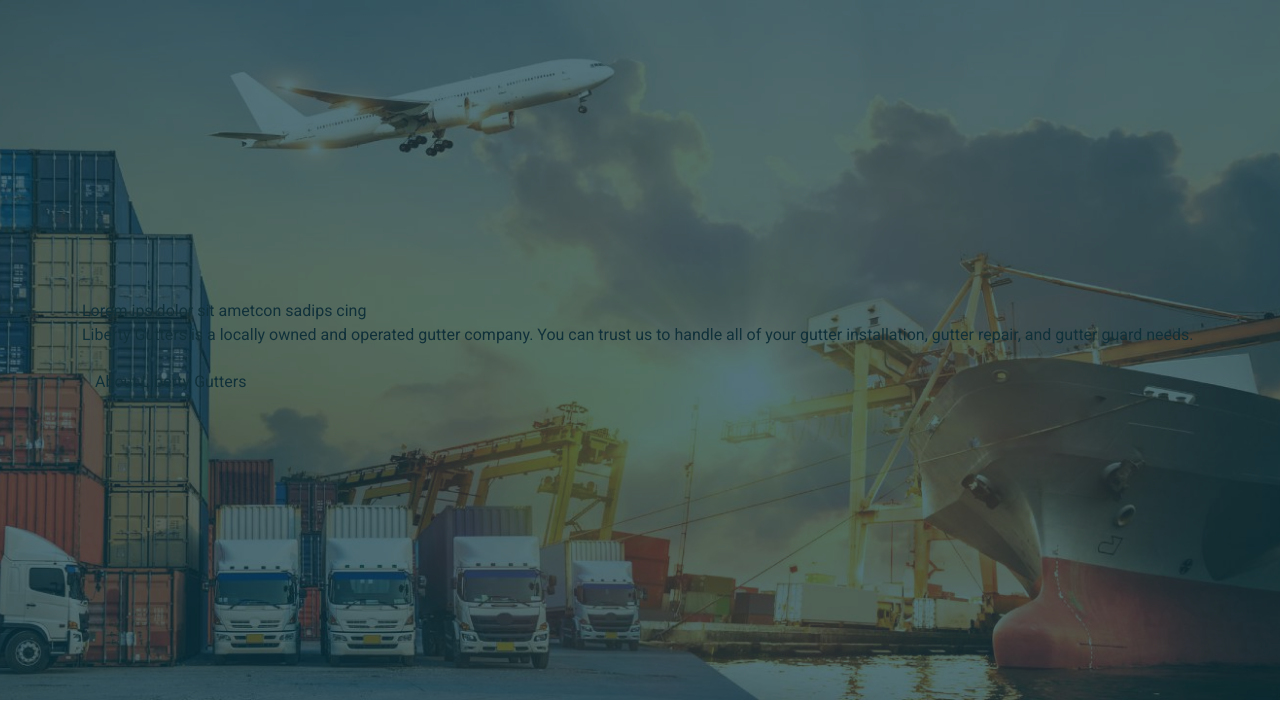
Repository: nazmulalok/shipping-template
Page: index.html
These files come from the project's save history. The page is drawn as it stood at one moment and after the next save; the edit follows.
The browser window is 1280 px wide. The pictures show the whole page.

Above is the page before, as saved 2022-10-03 00:55:31.

### index.html
<!DOCTYPE html>
<html lang="en">

    <head>
        <meta charset="UTF-8">
        <meta http-equiv="X-UA-Compatible" content="IE=edge">
        <meta name="viewport" content="width=device-width, initial-scale=1.0">
        <link rel="preconnect" href="https://fonts.googleapis.com">
        <link rel="preconnect" href="https://fonts.gstatic.com" crossorigin>
        <link
            href="https://fonts.googleapis.com/css2?family=Roboto:ital,wght@0,300;0,400;0,500;0,700;0,900;1,300;1,400;1,500;1,700;1,900&display=swap"
            rel="stylesheet">
        <link href="https://cdn.jsdelivr.net/npm/bootstrap@5.2.1/dist/css/bootstrap.min.css" rel="stylesheet"
            integrity="sha384-iYQeCzEYFbKjA/T2uDLTpkwGzCiq6soy8tYaI1GyVh/UjpbCx/TYkiZhlZB6+fzT" crossorigin="anonymous">
        <link rel="stylesheet" href="style.css">
        <title>Document</title>
    </head>

    <body>
        <!-- Slider -->
        <section>
            <div class="main-slider">
                <div class="container">
                    <div class="slide-content">
                        <div class="slide-text">
                            <div class="slider-title">Lorem ips
                                dolor sit ametcon
                                sadips cing</div>
                            <p>Liberty Gutters is a locally owned and operated gutter company. You can trust us to
                                handle all of your gutter installation, gutter repair, and gutter guard needs.</p>
                            <div class="sliderBtn"><a class="btn common-btn dark" href="/about-us">About Liberty
                                    Gutters<span></span></a></div>
                        </div>
                    </div>
                </div>
            </div>
        </section>












        <script src="https://cdn.jsdelivr.net/npm/@popperjs/core@2.11.6/dist/umd/popper.min.js"
            integrity="sha384-oBqDVmMz9ATKxIep9tiCxS/Z9fNfEXiDAYTujMAeBAsjFuCZSmKbSSUnQlmh/jp3"
            crossorigin="anonymous"></script>
        <script src="https://cdn.jsdelivr.net/npm/bootstrap@5.2.1/dist/js/bootstrap.min.js"
            integrity="sha384-7VPbUDkoPSGFnVtYi0QogXtr74QeVeeIs99Qfg5YCF+TidwNdjvaKZX19NZ/e6oz"
            crossorigin="anonymous"></script>
    </body>

</html>

### style.css
* {
    margin: 0;
    padding: 0;
}

:root {
    --main-color: #FF7D44;
    --secondary-color: #0B3742;
    --tertiary-color: #FFFFFF;
}

body {
    font-family: 'Roboto', sans-serif;
}

/* slider style starts */

.main-slider {
    background: url(images/shipping-banner.jpg);
    height: 700px;
    width: 100%;
    background-size: cover;
    background-repeat: no-repeat;
    background-position: center;
    position: relative;
    display: flex;
    align-items: center;
}

.main-slider:before {
    content: '';
    width: 100%;
    height: 100%;
    top: 0;
    left: 0;
    position: absolute;
    background-color: rgb(11 55 66 / 70%);
}

After the next save:
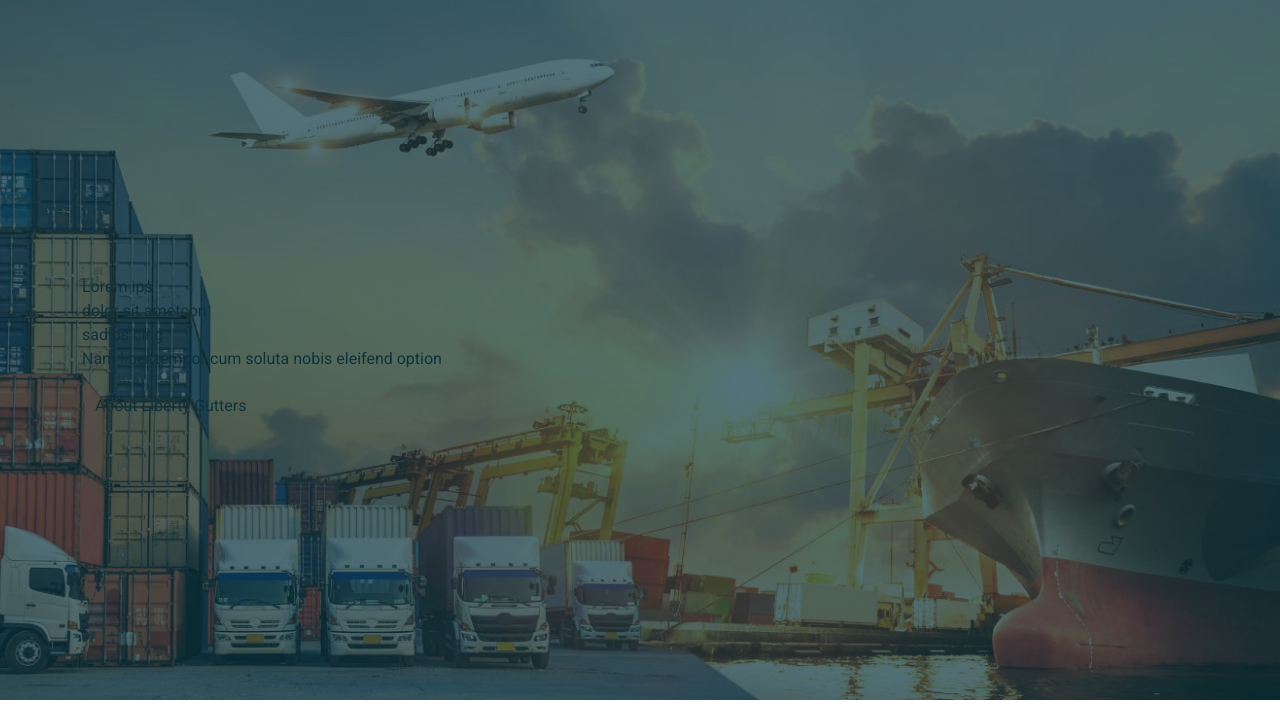
Saved 39 s later.
--- a/index.html
+++ b/index.html
@@ -23,11 +23,10 @@
                 <div class="container">
                     <div class="slide-content">
                         <div class="slide-text">
-                            <div class="slider-title">Lorem ips
-                                dolor sit ametcon
+                            <div class="slider-title">Lorem ips<br>
+                                dolor sit ametcon<br>
                                 sadips cing</div>
-                            <p>Liberty Gutters is a locally owned and operated gutter company. You can trust us to
-                                handle all of your gutter installation, gutter repair, and gutter guard needs.</p>
+                            <p>Nam liber tempor cum soluta nobis eleifend option</p>
                             <div class="sliderBtn"><a class="btn common-btn dark" href="/about-us">About Liberty
                                     Gutters<span></span></a></div>
                         </div>
